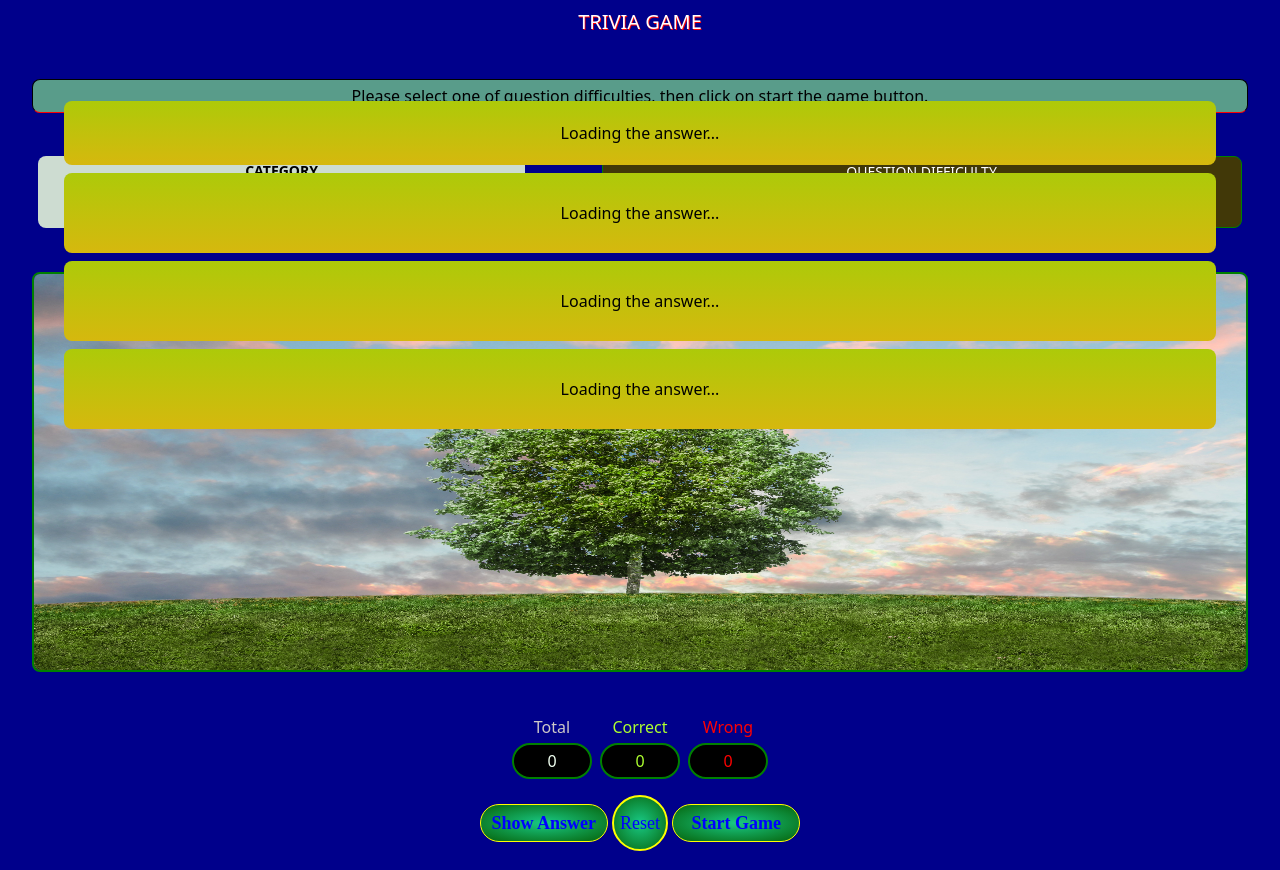
Repository: ShindanoSingi/bembe-trivia
Page: index.html
An editor plug-in stored every save of this project. The page is shown before and after the next save, followed by the edit.
The browser window is 1280 px wide. The pictures show the whole page.
Some web libraries are served in a nearby version.

Above is the page before, as saved 2022-09-08 00:56:50.

### index.html
<!DOCTYPE html>
<html lang="en">

    <head>
        <meta charset="UTF-8">
        <meta http-equiv="X-UA-Compatible" content="IE=edge">
        <meta name="viewport" content="width=device-width, initial-scale=1.0">
        <link rel="stylesheet" href="style.css">
        <script src="https://cdn.tailwindcss.com"></script>
        <title>Trivia Game</title>
    </head>

    <body class="">
        <div class="containerBox max-h-[100vh] my-2 flex flex-col gap-[6vh]">
            <h1 class="text-center text-xl" >TRIVIA GAME</h1>
            <div class="questionBox text-center w-[95vw] px-2 h-[8rem] p-1 mx-auto rounded-lg">
                Please select one of question difficulties, then click on start the game button.
            </div>
            <div class="category-and-difficulty-container items-center justify-around flex">
                <div class="category-container w-[38vw] h-[4.5rem] bg-[#CDDCD1] flex items-center flex-col py-[0.3rem] rounded-lg">
                    <div class="labelCategory text-sm font-bold text-black">CATEGORY</div>
                    <div class="category text-sm text-center p-1 rounded-lg">
                        Loading category...
                    </div>
                </div>
                <div class="qDifficultyBox w-[50vw] pb-1 rounded-lg items-center flex h-[4.5rem] justify-around flex-col">
                        <div id="question" class="qCat text-sm">QUESTION DIFFICULTY</div>
                        <div class="difficulties-container flex gap-1">
                            <button class="difficulty px-1.5 text-sm rounded-full" id="easy">Easy</button>
                            <button class="difficulty px-1.5 rounded-full text-sm" id="medium">Medium</button>
                            <button class="difficulty px-1.5 text-sm rounded-full" id="hard">Hard</button>
                    </div>
                </div>
            </div>
            <div class="imgAndQuestions">
                <img class="w-[95vw] h-[25rem] mx-auto" src="pexels-skitterphoto-9198.jpg" alt="nature image">
                <div class="answersButtons absolute bottom-[18.2rem] ml-[5vw] flex space-y-2 items-center  flex-col">
                    <button class="showAnswer w-[90vw] p-1 absolute bottom-[17rem] mx-auto text-sm h-[5rem]">Loading the answer...</button>
                    <button class="response w-[90vw] p-1 text-center text-md h-[4rem]" id="response1">Loading the answer...</button>
                    <button class="response w-[90vw] p-1 text-md h-[5rem]" id="response2">Loading the answer...</button>
                    <button class="response w-[90vw] p-1 text-md h-[5rem]" id="response3">Loading the answer...</button>
                    <button class="response w-[90vw] p-1 text-md h-[5rem]" id="response4">Loading the answer...</button>
                    </div>
                </div>

            <div id="bottomPart" class="flex  mx-auto flex-col items-center gap-4">
                <div class="labelsAndButtons relative left-1 flex space-x-2">
                    <div class="question-number flex flex-col items-center">
                        <p class="labels pb-1" id="labelQ">Total</p>
                        <div class="bottombuttons w-[5rem] text-center py-1" id="questionNumber">0</div>
                    </div>
                    <div class="correct-answers flex flex-col items-center">
                        <p class="labels pb-1" id="labelC">Correct</p>
                        <div class="bottombuttons w-[5rem] text-center py-1" id="correct">0</div>
                    </div>
                    <div class="wrong-answers flex flex-col items-center">
                        <p class="labels pb-1" id="labelW">Wrong</p>
                        <div class="bottombuttons w-[5rem] text-center py-1" id="wrong">0</div>
                    </div>
                    <div class="timerQuestionCorrectWrong"></div>
                </div>
                <div class="threeBottomButtons">
                    <button class="w-[8rem] text-lg py-1" id="showAnswer">Show Answer</button>
                    <button class="reset text-lg p-1 w-[3.5rem] h-[3.5rem] rounded-full">Reset</button>
                    <button class="startGame text-lg w-[8rem] py-1">Start Game</button>
                </div>
            </div>
            </div>
        <script src="./script.js"></script>
    </body>
</html>

### style.css

/* iPhone 8 and smaller */

    /*  Set h1 text to red */
    h1 {
        color: #fff;
        text-shadow: 0.05rem 0.05rem red;
    }

    /* The box containing the question */
    .questionBox {
        color: rgb(0, 0, 0);
        border: 0.02rem solid;
        background-color: rgb(89, 156, 138);
        border-bottom-color: red;
    }

    /* Label for category */
    .labelCategory {
        color: white;
    }

    /* The show answer message box */
    .showAnswer {
        color: honeydew;
        visibility: hidden;
        border: 0.1rem solid green;
        border-radius: 0.5rem;
        background-color:rgb(2, 27, 3);
    }
    /*  Individual difficulty button */
    .difficulty {
        background-image: linear-gradient(rgb(16, 221, 142), rgb(4, 58, 7));
        border: 0.2rem solid rgb(21, 139, 35);
        color: white;
    }

    /*  Class containing all difficulty buttons */
    .difficulties-container {
        border-color: green;
    }
    /* The box containing difficulty buttons */
    .qDifficultyBox {
        border: 0.14vh solid green;
        background-color: rgb(65, 56, 8);
        color: white;
    }

    /* image */
    img {
        border: 0.15rem solid green;
        border-radius: 0.5rem;
    }
    /* all response buttons */
    .response {
        border-color: green;
        background-image: linear-gradient(rgb(173, 202, 9), rgb(214, 184, 14));
        color: black;
        border-radius: 0.5rem;
    }
    /* All response buttons */
    .response:hover {
        background-image: linear-gradient(rgb(32, 90, 165), rgb(72, 168, 192));
    }

    /* Show answer button */
    #showAnswer {
        color: blue;
        border: 0.54vh solid green;
        border: 0.27vh solid yellow;
        border-radius: 20rem;
        font-family: cursive;
        font-weight: bold;
        background-image: radial-gradient(rgb(25, 201, 133), rgb(6, 99, 10));
    }
    #showAnswer:hover {
        background-image: radial-gradient(rgb(201, 25, 25), rgb(93, 99, 6));
        color: white;
    }
    /* Start game button */
    .startGame {
        color: blue;
        border: 0.54vh solid green;
        border: 0.27vh solid yellow;
        border-radius: 20rem;
        font-family: cursive;
        font-weight: bold;
        background-image: radial-gradient(rgb(25, 201, 133), rgb(6, 99, 10));
    }
    /* Start game button */
    .startGame:hover {
        background-image: radial-gradient(rgb(201, 25, 25), rgb(93, 99, 6));
        color: white;
    }
    /* Reset button */
    .reset {
        color: blue;
        border: 0.5rem solid green;
        border: 0.15rem solid yellow;
        font-family: cursive;
        background-image: radial-gradient(rgb(25, 201, 133), rgb(6, 99, 10));
    }
    /* Reset button */
    .reset:hover {
        background-image: radial-gradient(rgb(201, 25, 25), rgb(93, 99, 6));
        color: white;
    }

    /* Class containing the 3 bottom labels  (total questions, correct answers and wrong answers) */
    .question-number {
        color: rgb(205, 200, 200);
    }

    .correct-answers {
        color: greenyellow;
    }

    .wrong-answers {
        color: red;
    }

    /* The bottom boxes for total question number, correct answers and wrong answers */
    .bottombuttons {
        border: 0.15rem solid green;
        background-color: black;
        color: honeydew;
        border-radius: 2rem;
    }

    /* Set the wrong anser to red */
    #wrong {
        color: rgb(255, 0, 0);
    }
    /* Set the correct anser to green */
    #correct {
        color: greenyellow;
    }

    /* Change the color when "easy" button is hovered over */
    #easy:hover {
        background-image: linear-gradient(rgb(202, 9, 9), rgb(214, 184, 14));
    }
    /* Change the color when "easy" button is hovered over */
    #medium:hover {
        background-image: linear-gradient(rgb(202, 9, 9), rgb(214, 184, 14));
    }
    /* Change the color when "easy" button is hovered over */
    #hard:hover {
        background-image: linear-gradient(rgb(202, 9, 9), rgb(214, 184, 14));
    }

    body {
      background-color: darkblue;
    }

### script.js
// Declaring variables

// Capture win window
let winWindow = document.querySelector('.win');

// Declae win reset button
let winResetButton = document.querySelector('.winReset');

// define lose reset button
let loseResetButton = document.querySelector('.loseReset');

// define lose window
let loseWindow = document.querySelector('.lose');

// define win image
let winImage = document.querySelector('.winImage')

// define a message if the payer loses the game
let loseMessage = document.querySelector('#losePar');

// define
let video = document.querySelector('#myVideo');

// Get Body content
let body = document.querySelector('body');

// This will hold category information
let category = document.querySelector('.category');

// This will hold the question
let question = document.querySelector('.questionBox');

// This is for all response buttons
let answerButtons = document.querySelector('.answersButtons');

// Define difficulty buttons
let difficultyButtons = document.querySelector('.difficulties-container');

// Define image
let image = document.querySelector('img');

// Define audio button
let audioButton = document.querySelector('.audio');

// Declaring individual difficulty buttons
let easyButton = document.querySelector('#easy');
let mediumButton = document.querySelector('#medium');
let hardButton = document.querySelector('#hard');

// This is for individual responses
let response1 = document.querySelector('#response1');
let response2 = document.querySelector('#response2');
let response3 = document.querySelector('#response3');
let response4 = document.querySelector('#response4');

// Define the total number of questions' box.
let totNumQuestionsBox = document.querySelector('#questionNumber');

// This will hold number of correct answers
let cAnswer = document.querySelector('#correct');

// This will hold number of wrong answers
let wAnswer = document.querySelector('#wrong');

// Define the "show answer" button
let showAnswerButton = document.querySelector('#showAnswer');

let corrAnswer;

// Create new audio objects
// Code source: https://www.w3schools.com/jsref/met_audio_play.asp
let audio = new Audio('general-logo-13395.mp3');

let questionscoreCount = 0;
let correctAnswerScoreCount = 0;
let wrongAnswerscoreCount = 0;
let scoreCount = 0;
let clear = '';
let difficulty = '';

// Set winning scoreCount
let winningscoreCount = 6;

let highscoreCount = 0;

let startGame = document.querySelector('.startGame');

// Takes the response from fetch
let triviaQuestion;

// Define a global url which will be accessed by multiple functions
let url;

// Array of all Images/jpg
// https://www.pexels.com/search/environment/
let arrayImages = [];
arrayImages.push('pexels-ákos-szabó-440731.jpg');
arrayImages.push('pexels-atikul-haque-rafat-679598.jpg');
arrayImages.push('pexels-felix-mittermeier-957024.jpg');
arrayImages.push('pexels-ian-turnell-709552.jpg');
arrayImages.push('pexels-karolina-grabowska-5750182.jpg');
arrayImages.push('pexels-mahima-1250260.jpg');
arrayImages.push('pexels-mali-maeder-142497.jpg');
arrayImages.push('pexels-matthias-cooper-580900.jpg');
arrayImages.push('pexels-min-an-1131458.jpg');
arrayImages.push('pexels-minamarie-michell-570041.jpg');
arrayImages.push('pexels-olya-kobruseva-5236397.jpg');
arrayImages.push('pexels-pixabay-33044.jpg');
arrayImages.push('pexels-pixabay-221012.jpg');
arrayImages.push('pexels-pixabay-235615.jpg');
arrayImages.push('pexels-pixabay-259280.jpg');
arrayImages.push('pexels-pixabay-302804.jpg');
arrayImages.push('pexels-pixabay-414090.jpg');
arrayImages.push('pexels-pixabay-459225.jpg');
arrayImages.push('pexels-pixabay-459225.jpg');
arrayImages.push('pexels-pixabay-460621.jpg');
arrayImages.push('pexels-scott-webb-1048033.jpg');
arrayImages.push('pexels-skitterphoto-9198.jpg');
arrayImages.push('pexels-sohail-na-807598.jpg');

// for correct and wrong answer song; source code:
// https://www.dreamstime.com/stock-music-sound-effect/wrong-answer-answer.html

// Reset the game when the "Reset" button is clicked
let resetButton = document.querySelector('.reset');
resetButton.addEventListener('click', () => {

    // Code source: https://www.w3schools.com/jsref/met_audio_play.asp
    audio.volume = 0.2;

    // Refresh the page/window
    window.location.reload();
});

// Assign color to all answer buttons and call "play" function
let startButton = () => {

    // Increament the score count.
    scoreCount++;

    // Select all responses buttons.
    let responses = document.querySelectorAll('.response');
    responses.forEach(response => {
        response.style.backgroundImage = 'linear-gradient(rgb(173, 202, 9), rgb(57, 14, 214));'
    })

    // When the "Start The Game" button is presNexted, Call "play" function
    play();
}

// Select difficulty buttons
difficultyButtons.addEventListener('click', e => {

    // Target the element/button by its id.
    difficulty = e.target.id;

    // Only change the color "easy" button is selected, then enable "Start The Game"
    if (difficulty === 'easy') {

        // Only change the background of "easy button" to a different color, and let other bottons'
        // colors unchanged.
        e.target.style.backgroundImage = 'linear-gradient(rgb(9, 25, 202), rgb(81, 14, 214))';
        mediumButton.style.backgroundImage = `linear-gradient(rgb(16, 221, 142), rgb(4, 58, 7))`;
        hardButton.style.backgroundImage = `linear-gradient(rgb(16, 221, 142), rgb(4, 58, 7))`;

        // Start the Game when "Start The Game" is clicked
        let startGame = document.querySelector('.startGame');
        startGame.addEventListener('click', () => {
            startButton();
        });
    }

    // Only change the color "medium" button is selected, then enable "Start The Game"
    else if (difficulty === 'medium') {

        // Only change the background of "medium button" to a different color, and let other bottons'
        // colors unchanged.
        e.target.style.backgroundImage = 'linear-gradient(rgb(9, 25, 202), rgb(81, 14, 214))';
        easyButton.style.backgroundImage = `linear-gradient(rgb(16, 221, 142), rgb(4, 58, 7))`;
        hardButton.style.backgroundImage = `linear-gradient(rgb(16, 221, 142), rgb(4, 58, 7))`;

        // Start the Game when "Start The Game" is clicked
        startGame.addEventListener('click', () => {
            startButton();
        });
    }

    // Only change the color "hard" button is selected, then enable "Start The Game"
    else if (difficulty === 'hard') {

        // Only change the background of "hard button" to a different color, and let other bottons'
        // colors unchanged.
        e.target.style.backgroundImage = 'linear-gradient(rgb(9, 25, 202), rgb(81, 14, 214))';
        mediumButton.style.backgroundImage = `linear-gradient(rgb(16, 221, 142), rgb(4, 58, 7))`;
        easyButton.style.backgroundImage = `linear-gradient(rgb(16, 221, 142), rgb(4, 58, 7))`;



        // Start the Game when "Start The Game" is clicked
        startGame.addEventListener('click', () => {
            startButton();
        });
    }

    // Return the value of the chosen difficulty button.
    return difficulty;
})



// Play the game when the start game button is click.
function play() {

    // Define and get a random number
    // Source: https://www.w3schools.com/jsref/jsref_random.asp
    let randomQuestion = Math.floor(Math.random() * 10 + 9);

    // Get the question from the API
    // Source: https://opentdb.com/api_config.php
    url = `https://opentdb.com/api.php?amount=50&difficulty=${difficulty}&type=multiple`

    // Define an empty array that will hold the correct answer and 3 wrong answers
    let arr = [];

    // fetch the the result for the above url.
    fetch(url)
        .then(res => {
            return res.json()
        })

        .then(res => {

            triviaQuestion = res;

            // Capture the correct from the response
            corrAnswer = res.results[0].correct_answer;

            arr.push(res.results[0].correct_answer);
            arr.push(res.results[0].incorrect_answers[0])
            arr.push(res.results[0].incorrect_answers[2])
            arr.push(res.results[0].incorrect_answers[1])

            category.innerHTML = res.results[0].category
            question.innerHTML = res.results[0].question

            // Assigning answers to answers buttons
            response1.innerHTML = arr[0];
            response2.innerHTML = arr[1];
            response3.innerHTML = arr[2];
            response4.innerHTML = arr[3];

            // Shuffling the array to avoid answers pattern.
            for (let i = arr.length - 1; i > 0; i--) {
                let j = Math.floor(Math.random() * (i + 1))

                let tempNum = arr[i];
                arr[i] = arr[j];
                arr[j] = tempNum;
            }
        })
}


// Track the clicking event of each answerButton
answerButtons.addEventListener('click', (event) => {

    // Check if the selected answer is equal to correct answer
    if (event.target.innerText === triviaQuestion.results[0].correct_answer) {

        // Increment total number of question
        scoreCount++;

        // Increament the the number of correct answers.
        correctAnswerScoreCount++;

        // Write the correct answer in the correct answer box
        cAnswer.innerText = correctAnswerScoreCount;

        for (let i = arrayImages.length - 1; i > 0; i--) {
            let j = Math.floor(Math.random() * (i + 1))

            let tempNum = arrayImages[i];
            arrayImages[i] = arrayImages[j];
            arrayImages[j] = tempNum;
        }

        // Play a random video
        image.src = arrayImages[1];

        // Set the background of the correct answer to green
        event.target.style.backgroundImage = `linear-gradient(rgb(0, 255, 106),
        rgb(9, 106, 28))`;

        // Call the next question
        nextQuestion()
    }

    // Check if the selected answer is not equal to the correct answer
    else if (event.target.innerText !== triviaQuestion.results[0].correct_answer) {

        // Play this audio if the answer is incorrect
        let audioWrongAnswer = new Audio('wrongAnswer.mp3');


        for (let i = arrayImages.length - 1; i > 0; i--) {
            let j = Math.floor(Math.random() * (i + 1))

            let tempNum = arrayImages[i];
            arrayImages[i] = arrayImages[j];
            arrayImages[j] = tempNum;
        }

        // Play a random video
        image.src = arrayImages[0];

        // Incremment scoreCount
        scoreCount++;

        // Increament the the number of incorrect answers.
        wrongAnswerscoreCount++;

        // Set the background of the correct answer to red
        event.target.style.backgroundImage = 'linear-gradient(rgb(220, 7, 7), #fa0a0a)';

        // Write the incorrect answer in the wrong answer box
        wAnswer.innerHTML = wrongAnswerscoreCount;
    }

    // Call the next question
    nextQuestion();
})

// Refresh the window reset all numbers to 0 and all texts to empty.
function refreshWindow() {
    window.location.reload()
}

// This function runs when the player calls for the next question.
function nextQuestion() {


    // Source: https://www.w3schools.com/jsref/jsref_random.asp
    let randomQuestions = Math.floor(Math.random() * 10 + 9);

    let urlNext = `https://opentdb.com/api.php?amount=1&category=${randomQuestions}&type=multiple`

    let arrNext = [];

    fetch(urlNext)
        .then(resNext => {
            return resNext.json()
        })

        .then(resNext => {

            // Capture the correct from the response
            corrAnswer = resNext.results[0].correct_answer;

            // Assign the response from fetch to triviaQuestion
            triviaQuestion = resNext;

            arrNext.push(resNext.results[0].correct_answer);
            arrNext.push(resNext.results[0].incorrect_answers[0])
            arrNext.push(resNext.results[0].incorrect_answers[2])
            arrNext.push(resNext.results[0].incorrect_answers[1])

            // Shuffling the array to avoid answers pattern.
            // source: https://www.geeksforgeeks.org/how-to-shuffle-an-array-using-javascript/

            for (let i = arrNext.length - 1; i > 0; i--) {
                let j = Math.floor(Math.random() * (i + 1))

                let tempNums = arrNext[i];
                arrNext[i] = arrNext[j];
                arrNext[j] = tempNums;
            }

            // Assigning original coloanswers to answers buttons
            response1.innerHTML = arrNext[0];
            response1.style.backgroundImage = 'linear-gradient(rgb(173, 202, 9), rgb(57, 14, 214))'

            response2.innerHTML = arrNext[1];
            response2.style.backgroundImage = 'linear-gradient(rgb(173, 202, 9), rgb(57, 14, 214))'

            response3.innerHTML = arrNext[2];
            response3.style.backgroundImage = 'linear-gradient(rgb(173, 202, 9), rgb(57, 14, 214))'

            response4.innerHTML = arrNext[3];
            response4.style.backgroundImage = 'linear-gradient(rgb(173, 202, 9), rgb(57, 14, 214))'

            category.innerHTML = resNext.results[0].category
            question.innerHTML = resNext.results[0].question

            console.log(resNext.results[0])

        })
}

// Display the answer if the "show Andwer" button is clicked for 1 second, then hide the answer.
showAnswerButton.addEventListener('click', () => {
    let answerBox = document.querySelector('.showAnswer');

    setTimeout(function () {
        answerBox.style.visibility = 'visible';
        answerBox.style.zIndex = '100';

        answerBox.innerHTML = corrAnswer;
        //Hide the answer
        setTimeout(function () {
            answerBox.style.visibility = 'hidden';

        }, 1000)
    }, 1000)

    if (answerBox.innerHTML === 'undefined') {
        answerBox.innerHTML = "Loading the answer...";
    }
    else {
        answerBox.innerHTML = "Loading the answer...";
    }
})

After the next save:
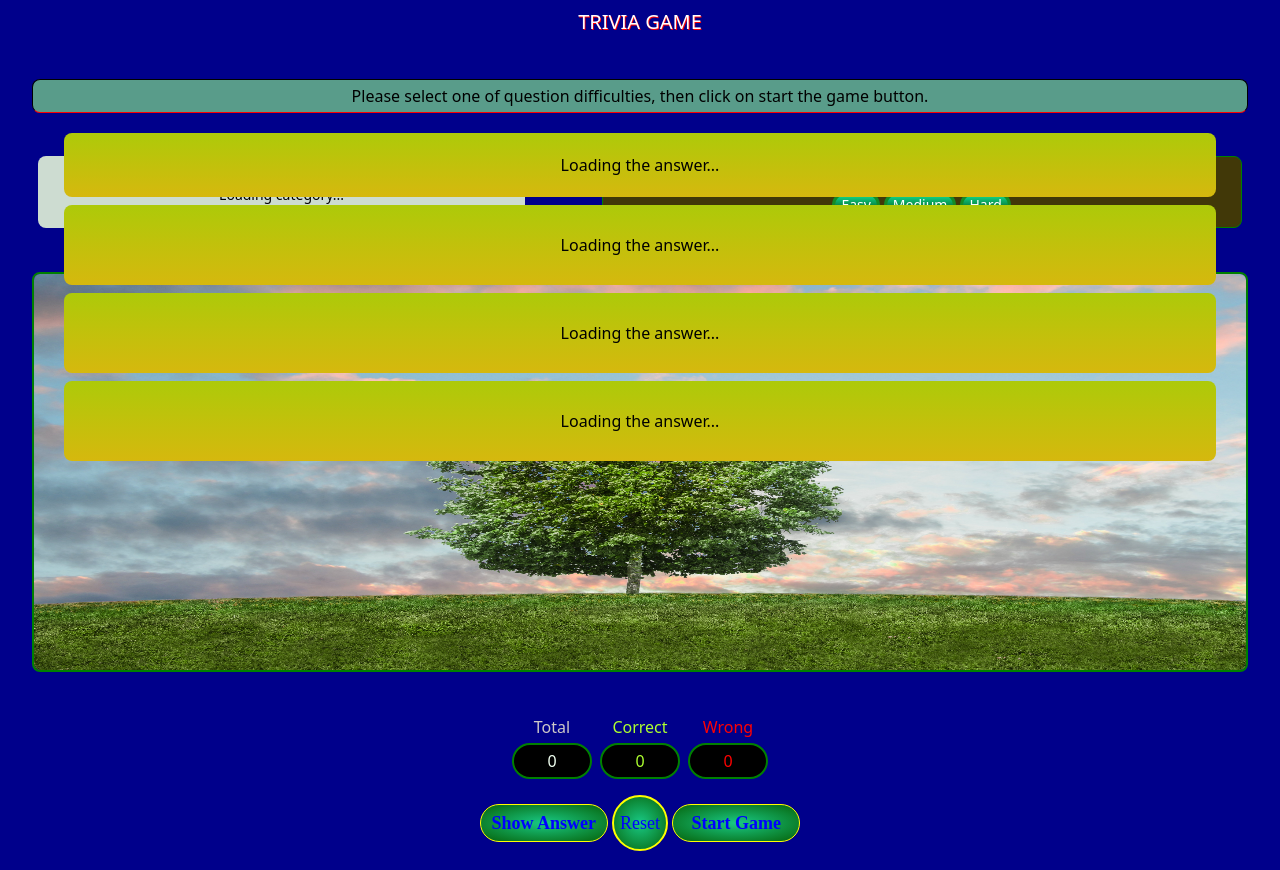
Saved 9 s later.
--- a/index.html
+++ b/index.html
@@ -34,7 +34,7 @@
             </div>
             <div class="imgAndQuestions">
                 <img class="w-[95vw] h-[25rem] mx-auto" src="pexels-skitterphoto-9198.jpg" alt="nature image">
-                <div class="answersButtons absolute bottom-[18.2rem] ml-[5vw] flex space-y-2 items-center  flex-col">
+                <div class="answersButtons absolute bottom-[16.2rem] ml-[5vw] flex space-y-2 items-center  flex-col">
                     <button class="showAnswer w-[90vw] p-1 absolute bottom-[17rem] mx-auto text-sm h-[5rem]">Loading the answer...</button>
                     <button class="response w-[90vw] p-1 text-center text-md h-[4rem]" id="response1">Loading the answer...</button>
                     <button class="response w-[90vw] p-1 text-md h-[5rem]" id="response2">Loading the answer...</button>
